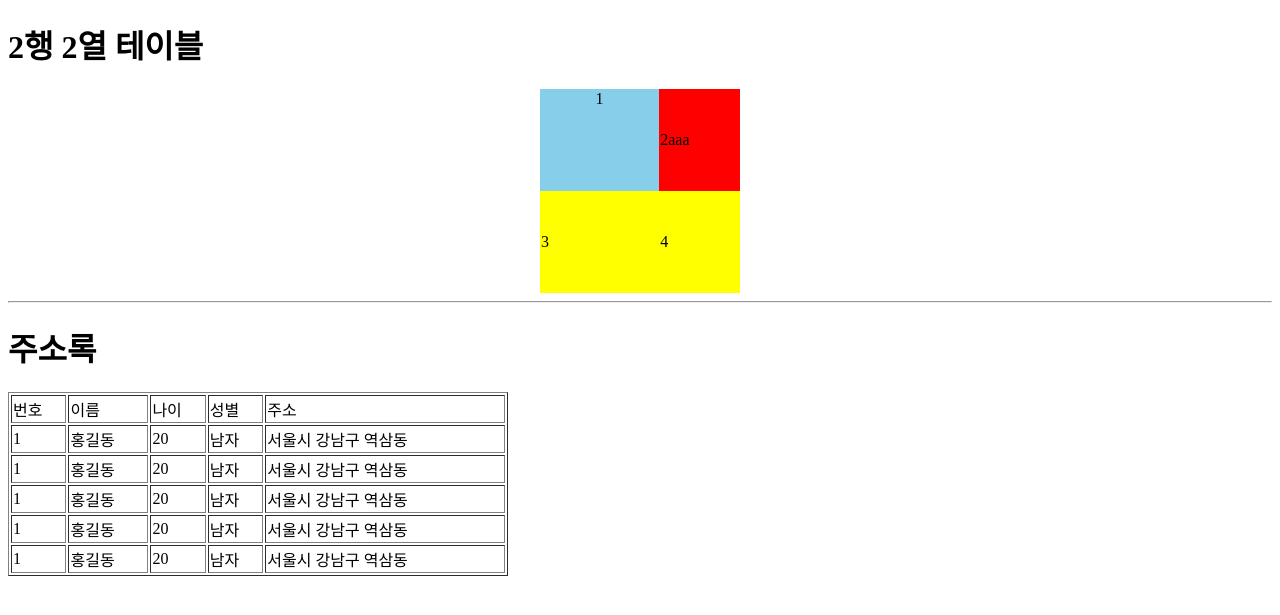
Repository: ssj5037/Class-Study
Page: [5] HTML, CSS, JavaScript/ClientTest/WebContent/Ex14_table.html
The author's editor kept a copy of each file at every save. The page is drawn from the files as they stood at one save, then again after the next save.
The browser window is 1280 px wide. The pictures show the whole page.

Above is the page before, as saved 2020-06-19 07:33:04.

After the next save:
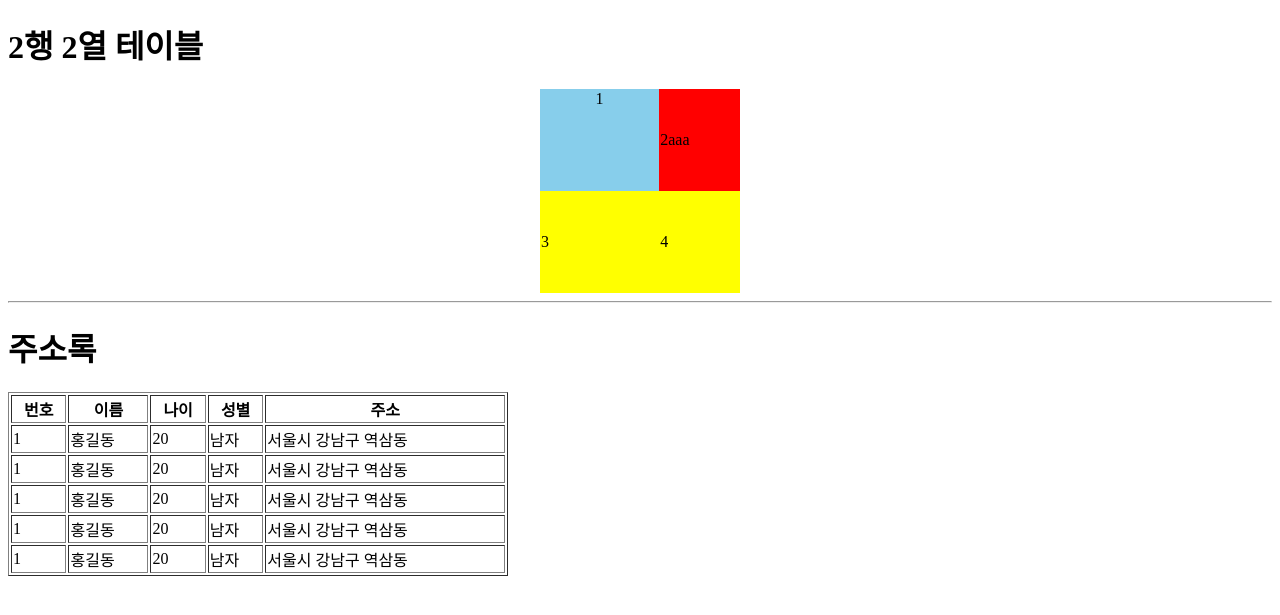
Saved 102 s later.
--- a/[5] HTML, CSS, JavaScript/ClientTest/WebContent/Ex14_table.html
+++ b/[5] HTML, CSS, JavaScript/ClientTest/WebContent/Ex14_table.html
@@ -46,11 +46,11 @@
 	 <table border="1" width="500">
 	 	<!-- 테이블 헤더 -->
 	 	<tr>
-	 		<td>번호</td>
-	 		<td>이름</td>
-	 		<td>나이</td>
-	 		<td>성별</td>
-	 		<td>주소</td>
+	 		<th>번호</th>
+	 		<th>이름</th>
+	 		<th>나이</th>
+	 		<th>성별</th>
+	 		<th>주소</th>
 	 	</tr>
 	 	<tr>
 	 		<td>1</td>
